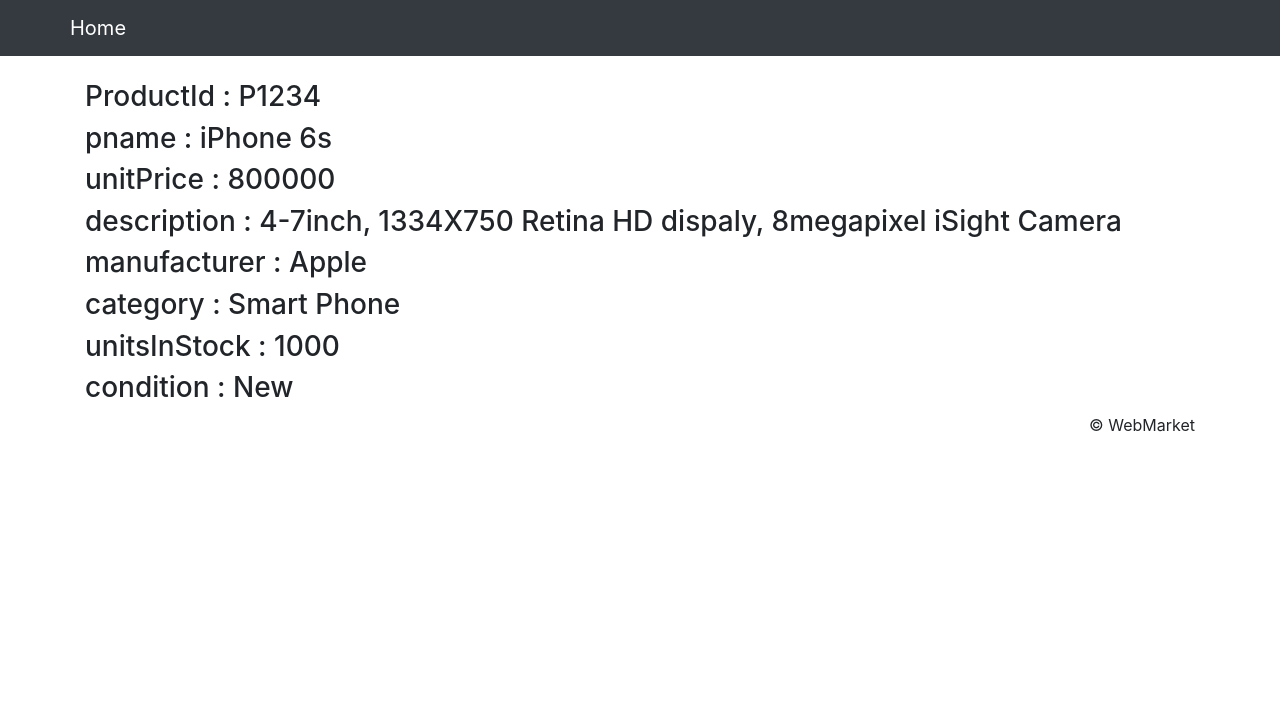
Repository: mi-ci/ai
Page: http://localhost/WebMarket/product.jsp?id=P1234
An editor plug-in stored every save of this project. The page is shown before and after the next save, followed by the edit.
The browser window is 1280 px wide. The pictures show the whole page.
The page is served by Tomcat 9.

Above is the page before, as saved 2024-01-19 05:46:49.

After the next save:
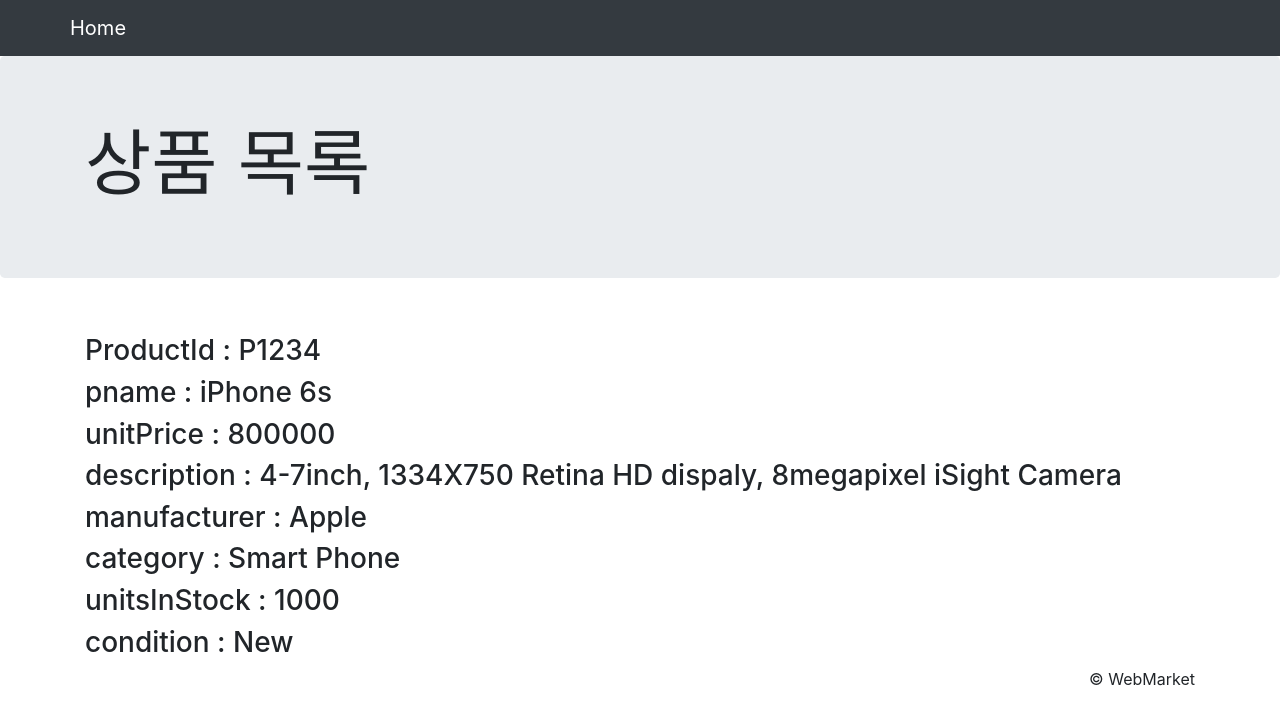
Saved 46 s later.
--- a/WebMarket/src/main/webapp/product.jsp
+++ b/WebMarket/src/main/webapp/product.jsp
@@ -11,6 +11,11 @@
 </head>
 <body>
 	<jsp:include page="menu.jsp"></jsp:include>
+	<div class = "jumbotron">
+		<div class = "container">
+			<h1 class="display-3">상품 목록</h1>
+		</div>
+	</div>
 	<jsp:useBean id="pr" class="dao.ProductRepository"></jsp:useBean>
 	<%
 		String id = request.getParameter("id");
